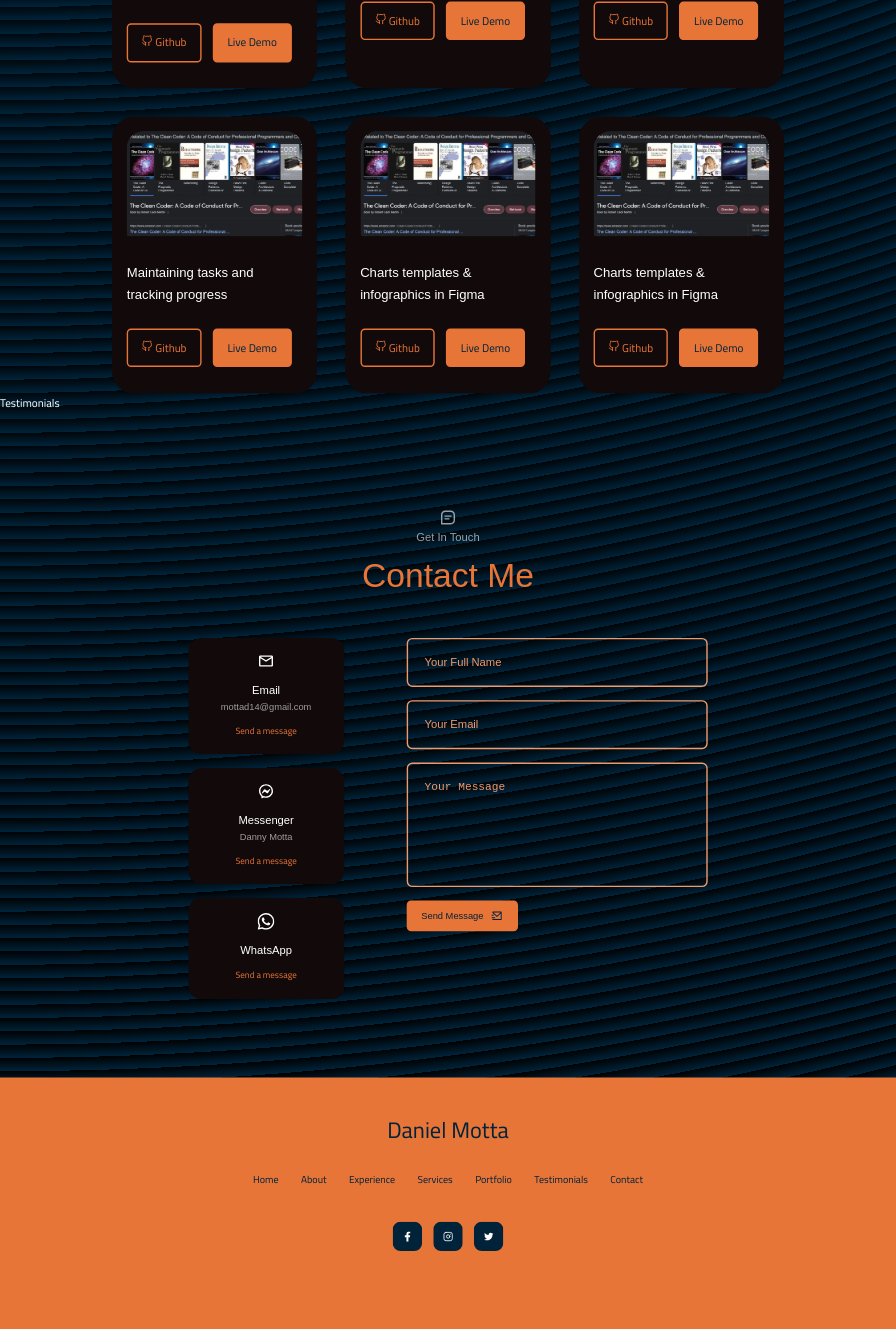
Repository: mottad14/dani_portfolio
Page: /
These files come from the project's save history. The page is drawn as it stood at one moment and after a run of saves; the edit follows.
The browser window is 1280 px wide. The pictures show the part of the page from y = 3486 to 5406 px (the page is 5385 px tall before and 5406 px after), at 70% of full size.
The project was rebuilt for these pictures with package versions that can differ from the ones it lists, and the page was loaded fresh each time. Also part of the build but not shown: src/components/services/services.css, src/components/services/Services.jsx, src/components/testimonials/testimonials.css. Imported but missing from the stored project, and not drawn on this page: src/components/assets/cv.pdf.

Above is the page before, as saved 2022-08-17 14:42:50.

### src/index.css
@import url('https://fonts.googleapis.com/css2?family=Cairo&display=swap');

* {
  margin: 0;
  padding: 0;
  border: 0;
  outline: 0;
  box-sizing: border-box;
  list-style: none;
  text-decoration: none;
}

:root {
  --color-bg: #00233A;
  --color-bg-variant: #120a0a;
  --color-primary: #E87538;
  --color-primary-variant: #ee9a6d;
  --color-white: #fff;
  --color-light: rgba(255, 255, 255, 0.6);

  --transition: all 400ms ease;

  --container-width-lg: 75%;
  --container-width-md: 86%;
  --container-width-sm: 90%;
}

html {
  scroll-behavior: smooth;
}

::-webkit-scrollbar {
  display: none;
}

body {
  font-family: 'Cairo', sans-serif;
  color: var(--color-white);
  line-height: 1.7;
  /* background: var(--color-bg);
  background-image: url(../src/assets/bg-texture.png); */
  /* background-color: #023047; */
  /* background-image: url("data:[embedded picture, 4668 characters]");
background-attachment: fixed;
background-size: cover; */
  /* background-color: #023047;
  background-image: url("data:[embedded picture, 4246 characters]");
  background-attachment: fixed;
  background-size: cover; */
  background-color: #00233a;
opacity: 1;
background-image:  repeating-radial-gradient( circle at 0 0, transparent 0, #00233a 19px ), repeating-linear-gradient( #00000055, #000000 );
}


/* ============== GENERAL STYLES ============== */
.container {
  width: var(--container-width-lg);
  margin: 0 auto;
}

h1,
h2,
h3,
h4,
h5 {
  font-weight: 500;
  font-family: 'gumelaregular', sans-serif;
}

h1 {
  font-size: 4.5rem;
}

section {
  margin-top: 8rem;
}

section>h2,
section>h4 {
  text-align: center;
  color: var(--color-light);
}

section>h2 {
  color: var(--color-primary);
  margin-bottom: 3rem;
  font-size: 3rem;
}

.text-light {
  color: var(--color-light);
}

a {
  color: var(--color-primary);
  transition: var(--transition);
}

a:hover {
  color: var(--color-white);
}

.btn {
  width: max-content;
  display: inline-block;
  color: var(--color-primary);
  padding: 0.75rem 1.2rem;
  border-radius: 0.4rem;
  cursor: pointer;
  border: 2px solid var(--color-primary);
  transition: var(--transition);
}

.btn:hover {
  background: var(--color-white);
  color: var(--color-bg);
  border-color: transparent;
}

.btn-primary {
  background: var(--color-primary);
  color: var(--color-bg);
}

img {
  display: block;
  width: 100%;
  object-fit: cover;
}

/* ================ MEDIA QUERIES (MEDIUM DEVICES) ================= */
@media screen and (max-width: 1024px) {
  .container {
    width: var(--container-width-md);
  }

  section {
    margin-top: 6rem;
  }
}

/* ================ MEDIA QUERIES (SMALL DEVICES) ================= */
@media screen and (max-width: 600px) {
  .container {
    width: var(--container-width-sm);
  }

  section>h2 {
    margin-bottom: 2rem;
  }
}

### src/components/header/Header.jsx
import React from 'react'
import './header.css'
import CTA from './CTA'
import ME from '../assets/eu-landgradientcrop.png'
import HeaderSocial from './HeaderSocials'
import {AiOutlineUser} from 'react-icons/ai'
import { CgPushRight } from 'react-icons/cg';

const Header = () => {
  return (
	    <header>
			<div className='container header__container'>
				<div className='header-name-wrapper'>
					<h2 style={{lineHeight:'0rem',fontSize:'1.5rem'}}><AiOutlineUser/></h2>
					<h2 className='hello'>Hello I'm</h2>
					<h1 className='myname'>Daniel Motta</h1>
					<h3 className='full-stack text-light'>Fullstack Developer</h3>
				</div>
				<CTA />
				<HeaderSocial />

				<div className='me'>
					<img src={ME} alt='me' />
				</div>

				<div className='scrolldownflex'>
					<a href='#contact' className='scroll__down'>
						<span>Scroll Down</span> <CgPushRight style={{fontSize: '1.4rem'}}/>
					</a>
				</div>
			</div>
		</header>
	);
}

export default Header

### src/components/nav/Nav.jsx
import React from 'react'
import './nav.css'
import {AiOutlineUser} from 'react-icons/ai'
import {RiContactsLine, RiUserStarLine} from 'react-icons/ri'
import {BiMessageSquareDetail, BiGitBranch, } from 'react-icons/bi'
import {useState} from 'react'

const Nav = () => {
  const [activeNav, setActiveNav] = useState('#')
  return (
    <nav>
      <a href="#" onClick={() => setActiveNav('#')} className={activeNav === '#' ? 'active' : ''}><AiOutlineUser/></a>
      <a href="#about" onClick={() => setActiveNav('#about')} className={activeNav === '#about' ? 'active' : ''}><RiContactsLine/></a>
      <a href="#experience" onClick={() => setActiveNav('#experience')} className={activeNav === '#experience' ? 'active' : ''}><RiUserStarLine/></a>
      <a href="#portfolio" onClick={() => setActiveNav('#portfolio')} className={activeNav === '#portfolio' ? 'active' : ''}><BiGitBranch/></a>
      <a href="#contact" onClick={() => setActiveNav('#contact')} className={activeNav === '#contact' ? 'active' : ''}><BiMessageSquareDetail/></a>
    </nav>
  )
}

export default Nav

### src/components/about/About.jsx
import React from 'react'
import './about.css'
import ME from '../assets/me-about2.png'
import {GiSmart, GiTeamUpgrade} from 'react-icons/gi'
import {RiUserStarLine,RiContactsLine} from 'react-icons/ri'
import {AiOutlineFundProjectionScreen} from 'react-icons/ai'
import {MdOutlineFamilyRestroom} from 'react-icons/md'

const About = () => {
  return (
    <section id='about'>
      <h2 style={ { lineHeight: '0rem', fontSize: '1.5rem', color: 'rgba(255, 255, 255, 0.6)', marginBottom: '0.2rem', paddingTop: '10px' } }><RiContactsLine/></h2>
      <h4>Get To Know</h4>
      <h2>About Me</h2>

      <div className="container about__container">
        <div className="about__me">
          <div className="about__me-image">
            <img src={ME} alt="About Image" />
          </div>
        </div>

        <div className="about__content">
          <div className="about__cards">
            <article className='about__card'>
              <RiUserStarLine className='about__icon'/>
              <h3>Experience</h3>
              <small> For 7+ years I led teams in planning and achieving specific goals in an Education setting.</small>
            </article>

            <article className='about__card'>
              <GiSmart className='about__icon'/>
              <h3>Problem Solver</h3>
              <small>Solving problems is my passion.</small>
            </article>

            <article className='about__card'>
              <AiOutlineFundProjectionScreen className='about__icon'/>
              <h3>Project Leader</h3>
              <small>I lead delicate projects to success in the face of difficulties.</small>
            </article>
            <article className='about__card'>
              <MdOutlineFamilyRestroom className='about__icon'/>
              <h3>Friendly</h3>
              <small>I'm happy and positive.  God, family and my purpose are everything to me.</small>
            </article>
          </div>

          <p>

          I'm a Full-Stack Software Engineer, looking for a different experience. After 10 years of <em>successful</em> corporate experience, I decided to challenge myself and follow the path that I am certain I will be more passionate and even better atn.
          </p>
          <p>
          If you're looking for someone highly motivated, with experience and unique skills, you've found it. <b>Let's talk?</b>
          </p>

          <a href="#contact" className='btn btn-primary'>Let's Talk</a>
        </div>
      </div>
    </section>
  )
}

export default About

### src/components/testimonials/Testimonials.jsx
import React from 'react'
import './testimonials.css'
//Import all the images here ()


import 'swiper/css';
import 'swiper/css/pagination'


const Testimonials = () => {
  return (
    <div>Testimonials</div>
  )
}

export default Testimonials

### src/components/contact/Contact.jsx
import React from 'react'
import './contact.css'
import {MdOutlineEmail} from 'react-icons/md'
import {RiMessengerLine, RiMailSendLine} from 'react-icons/ri'
import { BsWhatsapp } from 'react-icons/bs'
import {BiMessageSquareDetail} from 'react-icons/bi'
import { useRef } from 'react';
import emailjs from 'emailjs-com'

const Contact = () => {
  const form = useRef();

  const sendEmail = (e) => {
    e.preventDefault();

    emailjs.sendForm('danny_motta', 'template_4kgjp9o', form.current, 'gMA-AbSRzbGp9wdKM')

    e.target.reset()
  };

  return (
    <section id='contact'>
      <h2 style={{lineHeight:'0rem',fontSize:'1.5rem', color: 'rgba(255, 255, 255, 0.6)',marginBottom:'0.2rem',paddingTop:'10px'}}><BiMessageSquareDetail/></h2>
      <h4>Get In Touch</h4>
      <h2>Contact Me</h2>

      <div className="container contact__container">
        <div className="contact__options">
          <article className="contact__option">
            <MdOutlineEmail className='contact__option-icon'/>
            <h4>Email</h4>
            <h5>mottad14@gmail.com</h5>
            <a href="mailto:mottad14@gmail.com" target="_blank">Send a message</a>
          </article>
          <article className="contact__option">
            <RiMessengerLine className='contact__option-icon'/>
            <h4>Messenger</h4>
            <h5>Danny Motta</h5>
            <a href="https://m.me/mottad14" target="_blank">Send a message</a>
          </article>
          <article className="contact__option">
            <BsWhatsapp className='contact__option-icon'/>
            <h4>WhatsApp</h4>
            <h5></h5>
            <a href="https://api.whatsapp.com/send?phone=18479029049" target="_blank">Send a message</a>
          </article>
        </div>
        {/* END OF CONTACT OPTIONS */}
        <form ref={form} onSubmit={sendEmail}>
          <input type="text" name='name' placeholder='Your Full Name' required />
          <input type="email" name='email' placeholder='Your Email' required />
          <textarea name="message" rows="7" placeholder='Your Message' required ></textarea>
          <button type='submit' className='btn btn-primary'>Send Message <RiMailSendLine style={{fontSize:'1rem', verticalAlign: 'bottom', marginLeft:'8px'}}/></button>
        </form>
      </div>
    </section>
  )
}

export default Contact

### src/components/footer/Footer.jsx
import React from 'react'
import './footer.css'
import {FaFacebookF} from 'react-icons/fa'
import {FiInstagram} from 'react-icons/fi'
import {IoLogoTwitter} from 'react-icons/io'

const Footer = () => {
  return (
    <footer>
      <a href="#" className='footer__logo'>Daniel Motta</a>

      <ul className='permalinks'>
        <li><a href="#">Home</a></li>
        <li><a href="#about">About</a></li>
        <li><a href="#experience">Experience</a></li>
        <li><a href="#services">Services</a></li>
        <li><a href="#portfolio">Portfolio</a></li>
        <li><a href="#testimonials">Testimonials</a></li>
        <li><a href="#contact">Contact</a></li>
      </ul>

      <div className="footer__socials">
        <a href="https://facebook.com"><FaFacebookF/></a>
        <a href="https://instagram.com"><FiInstagram/></a>
        <a href="https://twitter.com"><IoLogoTwitter/></a>
      </div>

    </footer>
  )
}

export default Footer

### src/components/header/header.css
header {
  height: 100vh;
  padding-top: 7rem;
  overflow: hidden;
}

.header__container {
  text-align: center;
  height: 100%;
  position: relative;
}

h2.hello {
  /* opacity: 0.75; */
  margin-bottom: 0rem;
}

h1.myname {
  line-height: 6.5rem;
}
/* =============== CTA - Call To Action  ============== */
.cta {
  margin-top: 2.5rem;
  display: flex;
  gap: 1.2rem;
  justify-content: center;
  font-weight: 700;
}

/* =============== HEADER SOCIALS ============== */
.header__socials {
  display: flex;
  flex-direction: column;
  align-items: center;
  gap: 0.8rem;
  position: absolute;
  left: 0;
  bottom: 3rem;
}
.header__socials a {
  font-size: 1.6rem;
  transition: all ease-out 1s;
}

/* =============== HEADER SOCIALS: HOVER ============== */
.header__socials a:hover {
  transform: scale(1.2);
  transition: all ease 0.2s;
}

.header__socials::after {
  content: "";
  width: 2px;
    height: 4rem;
  background: var(--color-primary);
}

/* =============== ME ============== */
.me {
  background: linear-gradient(var(--color-primary), transparent);
  width: 21rem;
  height: 25rem;
  position: absolute;
  left: 50%;
  transform: translateX(-50%);
  margin-top: 6.5rem;
  border-radius: 12rem 12rem 0 0;
  /* overflow: hidden; */
  overflow-y: visible;
  padding: 0rem 1.5rem 1.5rem 1.5rem;
}

/* =============== ME: IMG ============== */

.me img{
  transform: scale(1.7);
}
.me img:after {
  content: "";
  width: 100px;
  height: 50px;
  position: absolute;
  top: 0;
  right: 0;
  background: linear-gradient(90deg, rgba(255,255,255,0), rgba(255,255,255,1));
}

/* =============== SCROLL DOWN ============== */
.scroll__down {
  position: absolute;
  right: -2.3rem;
  bottom: 5rem;
  transform: rotate(90deg);
  font-weight: 300;
  font-size: 1rem;
}
.scrolldownflex a {
  transition: all ease-out 1s;
  transform: rotate(90deg);
  display: flex;
  justify-content: space-between;
  align-items: center;
  gap: 1.4rem;
}

.scrolldownflex a:hover{
  transform: scale(1.1);
  transform: rotate(90deg) scale(1.05);
  transition: all ease-out .2s;
}

/* ================ MEDIA QUERIES (MEDIUM DEVICES) ================= */
@media screen and (max-width: 1024px) {
  header {
    height: 68vh;
  }
}

/* ================ MEDIA QUERIES (SMALL DEVICES) ================= */
@media screen and (max-width: 600px) {
  header {
    height: 94vh;
    /* added after tutorial */
    padding-top: 4rem;
  }

  .header__socials,
  .scroll__down, .scrolldownflex {
    display: none;
  }

  /* added after tutorial */
  .me {
    width: 94%;
    max-width: 18rem;
    margin-top: 4rem;
    justify-content: center;
  }
  h1.myname {
    line-height: 4.3rem;
  }

  /* added after tutorial */
  .cta {
    margin-top: 1.7rem;
    gap: 1rem;
  }
}

### src/components/header/CTA.jsx
import React from 'react'
import CV from '../assets/cv.pdf'
import {BsFileEarmarkPdf} from 'react-icons/bs'

const CTA = () => {
  return (
    <div className='cta'>
        <a href={CV} download className='btn cv-span'><span className='cv-icon'><BsFileEarmarkPdf/></span> <span>Download My Resume</span></a>
        <a href="#contact" className='btn btn-primary'>Let's Talk</a>
    </div>
  )
}

export default CTA

### src/components/header/HeaderSocials.jsx
import React from 'react'
import {MdOutlineEmail} from 'react-icons/md'
import {FiFacebook,FiLinkedin,FiGithub} from 'react-icons/fi'

const HeaderSocials = () => {
  return (
    <div className='header__socials'>
        <a href="https://www.linkedin.com/in/mottad14/" target="_blank"><FiLinkedin/></a>
        <a href="https://github.com/mottad14" target="_blank"><FiGithub/></a>
        <a href="https://www.facebook.com/mottad14" target="_blank"><FiFacebook/></a>
        <a href="#contact"><MdOutlineEmail/></a>
    </div>
  )
}

export default HeaderSocials

### src/components/nav/nav.css
nav {
  background: rgba(0, 0, 0, 0.8);
  width: max-content;
  display: block;
  padding: 0.7rem 1.7rem;
  z-index: 2;
  position: fixed;
  left: 50%;
  transform: translateX(-50%);
  bottom: 2rem;
  display: flex;
  gap: 0.8rem;
  border-radius: 3rem;
  backdrop-filter: blur(15px);
}

nav a {
  background: transparent;
  padding: 0.9rem;
  border-radius: 50%;
  display: flex;
  color: var(--color-light);
  font-size: 1.1rem;
}

nav a:hover {
  background: rgba(0, 0, 0, 0.3);
}

nav a.active {
  background: var(--color-primary);
  color: var(--color-bg);
}

### src/components/about/about.css
.about__container {
  display: grid;
  grid-template-columns: 35% 50%;
  gap: 15%;
}

.about__me {
  width: 100%;
  aspect-ratio: 1/1;
  border-radius: 2rem;
  background: linear-gradient(45deg,
      transparent,
      var(--color-primary),
      transparent);
  display: grid;
  place-items: center;
}

.about__me-image {
  border-radius: 2rem;
  overflow: hidden;
  transform: rotate(10deg);
  transition: var(--transition);
}

.about__me-image:hover {
  transform: rotate(-2deg);
}

.about__cards {
  display: grid;
  grid-template-columns: repeat(2, 1fr);
  gap: 1.5rem;
}

.about__card {
  background: var(--color-bg-variant);
  border: 2px solid transparent;
  border-radius: 1rem;
  padding: 2rem;
  text-align: center;
  transition: var(--transition);
}

.about__card:hover {
  background: #00000070;
  border-color: var(--color-primary-variant);
  cursor: default;
}

.about__icon {
  color: var(--color-primary);
  font-size: 1.4rem;
  margin-bottom: 1rem;
}

.about__card h5 {
  font-size: 0.95rem;
}

.about__card small {
  font-size: 0.7rem;
  color: var(--color-light);
}

.about__content p {
  margin: 2rem 0 2.6rem;
  color: var(--color-light);
}

/* ================ MEDIA QUERIES (MEDIUM DEVICES) ================= */
@media screen and (max-width: 1024px) {
  .about__container {
    grid-template-columns: 1fr;
    gap: 0;
  }

  .about__me {
    width: 50%;
    margin: 2rem auto 4rem;
  }

  .about__content p {
    margin: 1rem 0 1.5rem;
  }
}

/* ================ MEDIA QUERIES (SMALL DEVICES) ================= */
@media screen and (max-width: 600px) {
  .about__me {
    width: 65%;
    margin: 0 auto 3rem;
  }

  .about__cards {
    grid-template-columns: 1fr 1fr;
    gap: 1rem;
  }

  .about__content {
    text-align: center;
  }

  .about__content p {
    margin: 1.5rem 0;
  }
}

### src/components/experience/experience.css
.experience__container {
  display: grid;
  grid-template-columns: 1fr 1fr;
  gap: 2rem;
}

.experience__container > div {
  background: var(--color-bg-variant);
  padding: 2.4rem 5rem;
  border-radius: 2rem;
  border: 1px solid transparent;
  transition: var(--transition);
}

.experience__container > div:hover {
  background: #00000070;
  border-color: var(--color-primary-variant);
  cursor: default;
}

.experience__container > div h3 {
  text-align: center;
  margin-bottom: 2rem;
  color: var(--color-primary);
}

.experience__content {
  display: grid;
  grid-template-columns: 1fr 1fr;
  row-gap: 2rem;
}

.experience__details {
  display: flex;
  gap: 1rem;
}

.experience__details-icon {
  margin-top: 6px;
  color: var(--color-primary);
}

/* ================ MEDIA QUERIES (MEDIUM DEVICES) ================= */
@media screen and (max-width: 1024px) {
  .experience__container {
    grid-template-columns: 1fr;
  }

  .experience__container > div {
    width: 80%;
    padding: 2rem;
    margin: 0 auto;
  }

  .experience__content {
    padding: 1rem;
  }
}

/* ================ MEDIA QUERIES (SMALL DEVICES) ================= */
@media screen and (max-width: 600px) {
  .experience__container {
    gap: 1rem;
  }

  .experience__container > div {
    width: 100%;
    padding: 2rem 1rem;
  }
}

### src/components/portfolio/portfolio.css
.portfolio__container {
  display: grid;
  grid-template-columns: repeat(3, 1fr);
  gap: 2.5rem;
}

.portfolio__item {
  background: var(--color-bg-variant);
  padding: 1.2rem;
  border-radius: 2rem;
  border: 2px solid transparent;
  transition: var(--transition);
}

.portfolio__item:hover {
  border-color: var(--color-primary-variant);
  background: #00000070;
}

.portfolio__item-image {
  border-radius: 1.5rem;
  overflow: hidden;
  aspect-ratio: 9/6;
}

.portfolio__item h3 {
  margin: 1.2rem 0 2rem;
}

.portfolio__item-cta {
  display: flex;
  gap: 1rem;
  margin-bottom: 1rem;
}

/* ================ MEDIA QUERIES (MEDIUM DEVICES) ================= */
@media screen and (max-width: 1024px) {
  .portfolio__container {
    grid-template-columns: 1fr 1fr;
    gap: 1.2rem;
  }
}

/* ================ MEDIA QUERIES (SMALL DEVICES) ================= */
@media screen and (max-width: 600px) {
  .portfolio__container {
    grid-template-columns: 1fr;
    gap: 1rem;
  }
}

### src/components/contact/contact.css
.container.contact__container {
  width: 58%;
  display: grid;
  grid-template-columns: 30% 58%;
  gap: 12%;
}

.contact__options {
  display: flex;
  flex-direction: column;
  gap: 1.2rem;
}

.contact__option {
  background: var(--color-bg-variant);
  padding: 1.2rem;
  border-radius: 1.2rem;
  text-align: center;
  border: 2px solid transparent;
  transition: var(--transition);
}

.contact__option:hover {
  background: #00000070;
  border-color: var(--color-primary-variant);
}

.contact__option-icon {
  font-size: 1.5rem;
  margin-bottom: 0.5rem;
}

.contact__option h5 {
  color: var(--color-light);
}

.contact__option a {
  margin-top: 0.7rem;
  display: inline-block;
  font-size: 0.8rem;
}

/* ================= FORM ================== */
form {
  display: flex;
  flex-direction: column;
  gap: 1.2rem;
}

input,
textarea {
  width: 100%;
  padding: 1.5rem;
  border-radius: 0.5rem;
  background: transparent;
  border: 2px solid var(--color-primary-variant);
  resize: none;
  color: var(--color-white);
  font-size: 1rem;
}
/* INput text area place holder*/
input::placeholder,
textarea::placeholder {
  color: var(--color-primary-variant);
}

/* ================ MEDIA QUERIES (MEDIUM DEVICES) ================= */
@media screen and (max-width: 1024px) {
  .container.contact__container {
    grid-template-columns: 1fr;
    gap: 2rem;
  }
}

/* ================ MEDIA QUERIES (SMALL DEVICES) ================= */
@media screen and (max-width: 600px) {
  .container.contact__container {
    width: var(--container-width-sm);
  }
}

### src/components/footer/footer.css
footer{
    background: var(--color-primary);
    padding: 3rem 0;
    text-align: center;
    font-size: 0.9rem;
    margin-top: 7rem;
}

footer a {
    color: var(--color-bg);

}

.footer__logo{
    font-size: 2rem;
    font-weight: 500;
    margin-bottom: 2rem;
    display: inline-block;
}

.permalinks {
    display: flex;
    flex-wrap: wrap;
    justify-content: center;
    gap: 2rem;
    margin: 0 auto 3rem;
}

.footer__socials {
    display: flex;
    justify-content: center;
    gap: 1rem;
    margin-bottom: 4rem;
}

.footer__socials a {
    background: var(--color-bg);
    color: var(--color-white);
    padding: 0.8rem;
    border-radius: 0.7rem;
    display: flex;
    border: 1px solid transparent;
}

.footer__socials a:hover {
    background-color: transparent;
    color: var(--color-bg);
    border-color: var(--color-bg);
}




/* ================ MEDIA QUERIES (SMALL DEVICES) ================= */
@media screen and (max-width: 600px) {

    .permalinks{
        flex-direction: column;
        gap: 1.5rem;
    }

    .footer__socials{
        margin-bottom: 2.6rem;
    }

}

Loaded but not shown: src/index.js (common file); src/App.js (29 lines, source omitted); src/components/experience/Experience.jsx (144 lines, source omitted); src/components/portfolio/Portfolio.jsx (106 lines, source omitted)

After the next 2 saves:
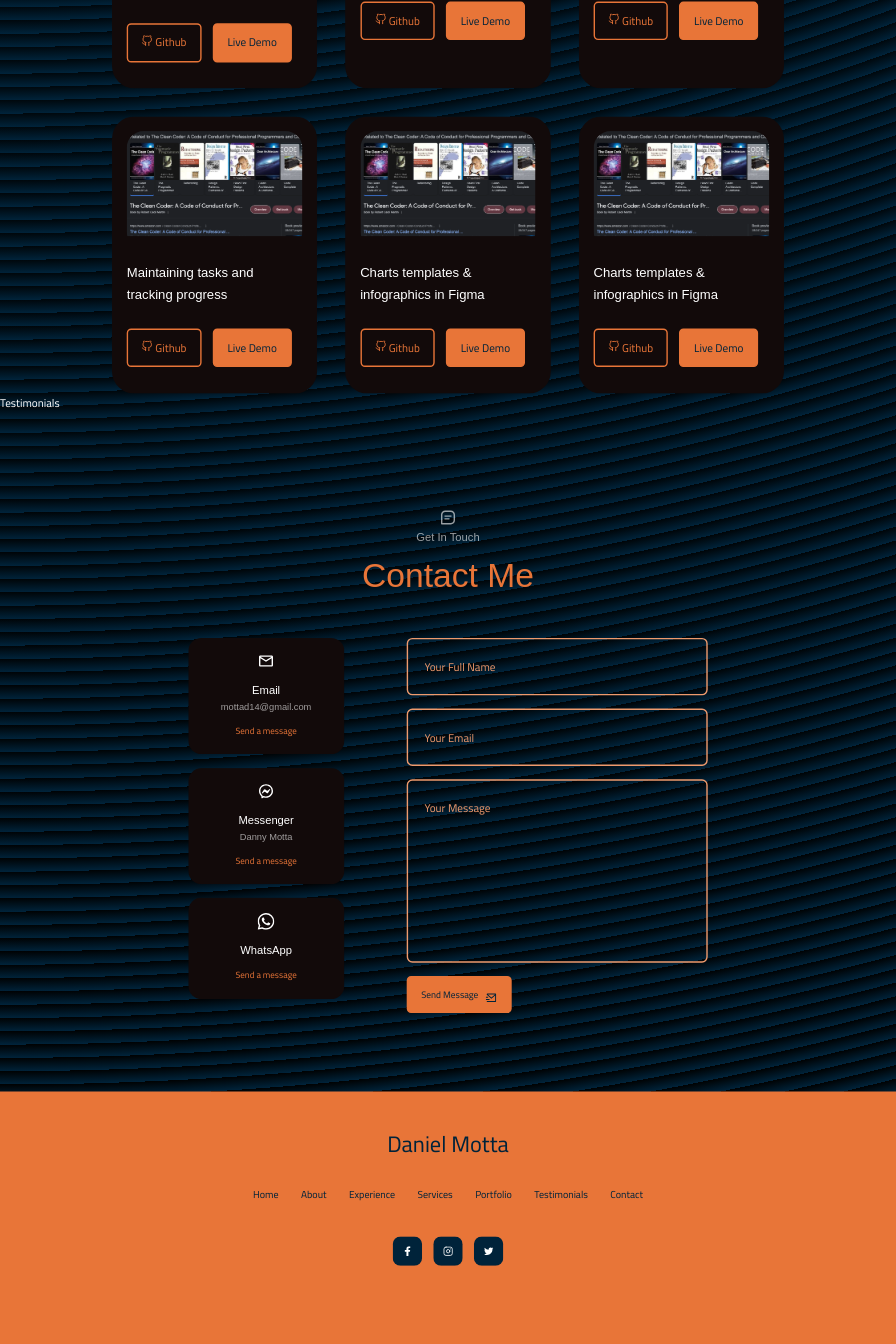
The 2 saves are shown as one change because they came seconds apart.
The last was saved 43 s later.
--- a/src/index.css
+++ b/src/index.css
@@ -1,6 +1,7 @@
 @import url('https://fonts.googleapis.com/css2?family=Cairo&display=swap');
 
 * {
+    font-family: 'Cairo', sans-serif;
   margin: 0;
   padding: 0;
   border: 0;
